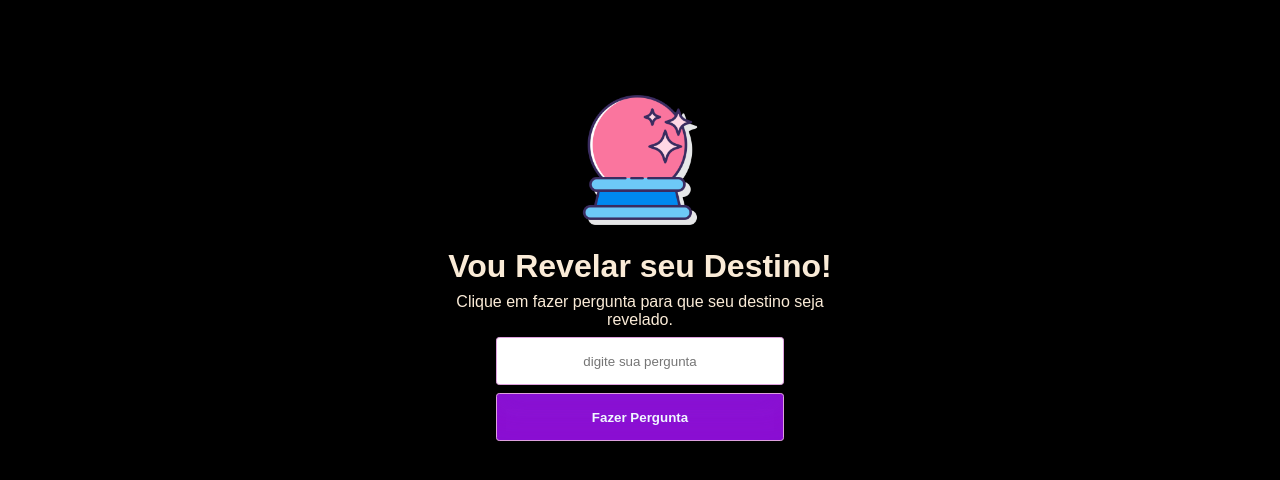
Repository: guilhermecardoso93/nlwexplorer
Page: index.html
An editor plug-in stored every save of this project. The page is shown before and after the next save, followed by the edit.
The browser window is 1280 px wide. The pictures show the whole page.
The pointer rests on the first visible `button`.

Above is the page before, as saved 2022-06-08 23:51:31.

After the next save:
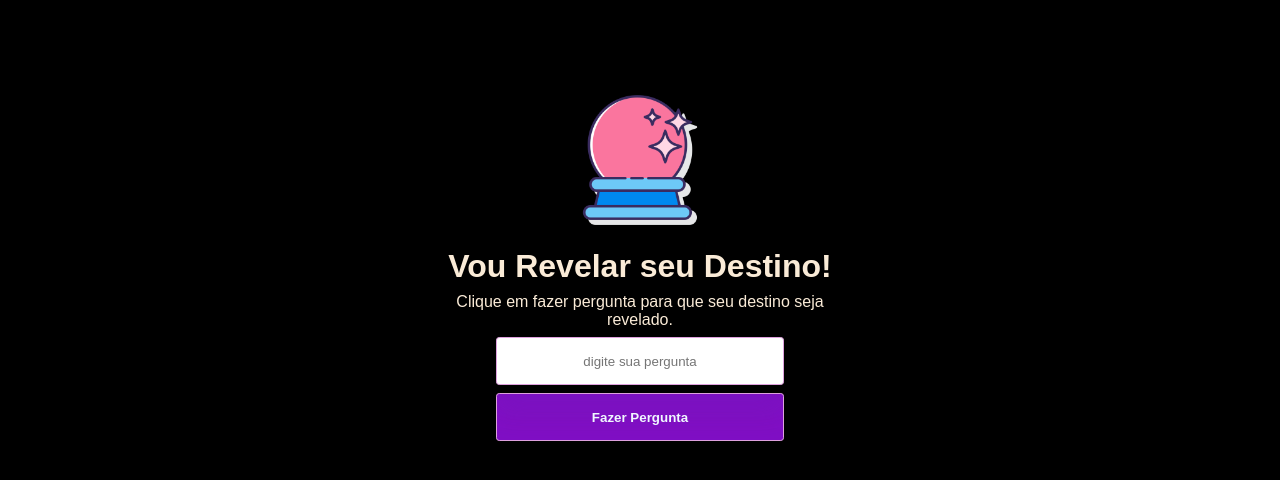
Saved 8 s later.
--- a/styles.css
+++ b/styles.css
@@ -56,7 +56,7 @@ button {
 button:hover {
   box-shadow: rgba(150, 9, 206, 0.12) 0px -23px 25px 0px inset,
     rgba(150, 9, 206, 0.12) 0px -36px 30px 0px inset,
-    rgba(150, 9, 206, 0.12) 0px -79px 40px 0px inset, rgba(0, 0, 0, 0.06) 0px 2px 1px,
+    rgba(0, 0, 0, 0.1) 0px -79px 40px 0px inset, rgba(0, 0, 0, 0.06) 0px 2px 1px,
     rgba(0, 0, 0, 0.09) 0px 4px 2px, rgba(0, 0, 0, 0.09) 0px 8px 4px,
     rgba(0, 0, 0, 0.09) 0px 16px 8px, rgba(0, 0, 0, 0.09) 0px 32px 16px;
 }
